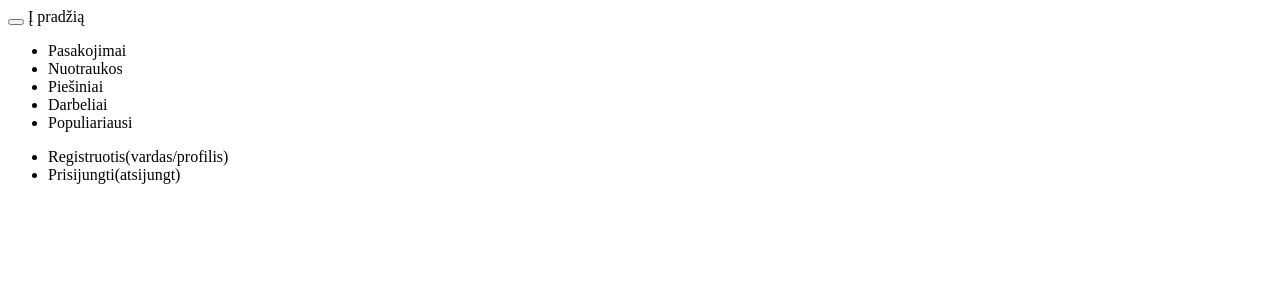
Repository: Skaidrius/Blogas
Page: templates/partials/header.html
The author's editor kept a record of every edit. The page is drawn from the files as they stood at one moment, then again after the next edit.
The browser window is 1280 px wide. The pictures show the whole page.

Above is the page before.

### templates/partials/header.html
<!--header.html-->
<!--Navigation-->
<nav class="navbar navbar-default navbar-fixed-top" ng-controller="NavBarController">
  <div class="container-fluid">
    <div class="navbar-header">
      <button type="button" class="navbar-toggle" data-toggle="collapse" data-target=".navbar-collapse" ng-click="isCollapsed = !isCollapsed">
        <span class="icon-bar"></span>
        <span class="icon-bar"></span>
        <span class="icon-bar"></span>
      </button>
      <a class="navbar-brand" ui-sref="home">Į pradžią</a>
    </div>
    <div class="collapse navbar-collapse" collapse="isCollapsed">
      <ul class="nav navbar-nav">
        <li><a class="text-center" ui-sref="tales">Pasakojimai</a></li>
        <li><a class="text-center" ui-sref="photos">Nuotraukos</a></li>
        <li><a class="text-center" ui-sref="arts">Piešiniai</a></li>
        <li><a class="text-center" ui-sref="creations">Darbeliai</a></li>
        <li><a class="text-center" ui-sref="popular">Populiariausi</a></li>
      </ul>

      <ul class="nav navbar-nav navbar-right" ng-controller="LoginController">
        <li><a class="text-center" ng-click="open('templates/signup.html')"><span class="fa fa-user"></span> Registruotis(vardas/profilis)</a></li>
        <li><a class="text-center" ng-click="open('templates/login.html')"><span class="fa fa-key"></span> Prisijungti(atsijungt)</a></li>
      </ul>
    </div>
  </div>
</nav>

After the next edit:
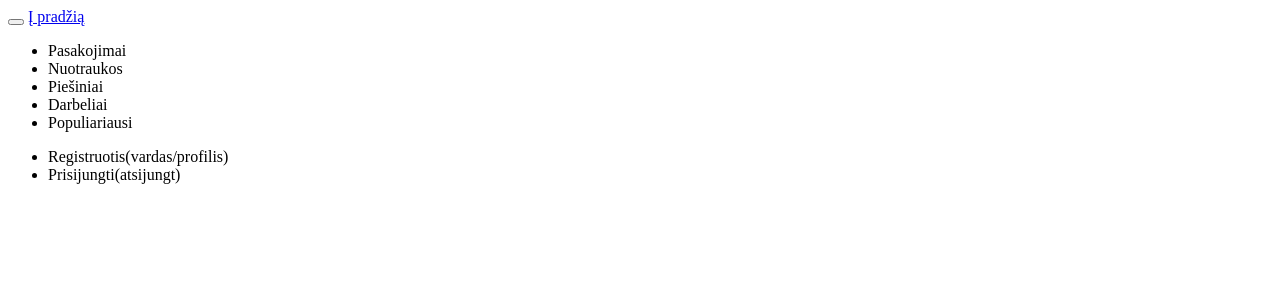
The edit:
--- a/templates/partials/header.html
+++ b/templates/partials/header.html
@@ -8,7 +8,7 @@
         <span class="icon-bar"></span>
         <span class="icon-bar"></span>
       </button>
-      <a class="navbar-brand" ui-sref="home">Į pradžią</a>
+      <a class="navbar-brand" href="#/home">Į pradžią</a>
     </div>
     <div class="collapse navbar-collapse" collapse="isCollapsed">
       <ul class="nav navbar-nav">
